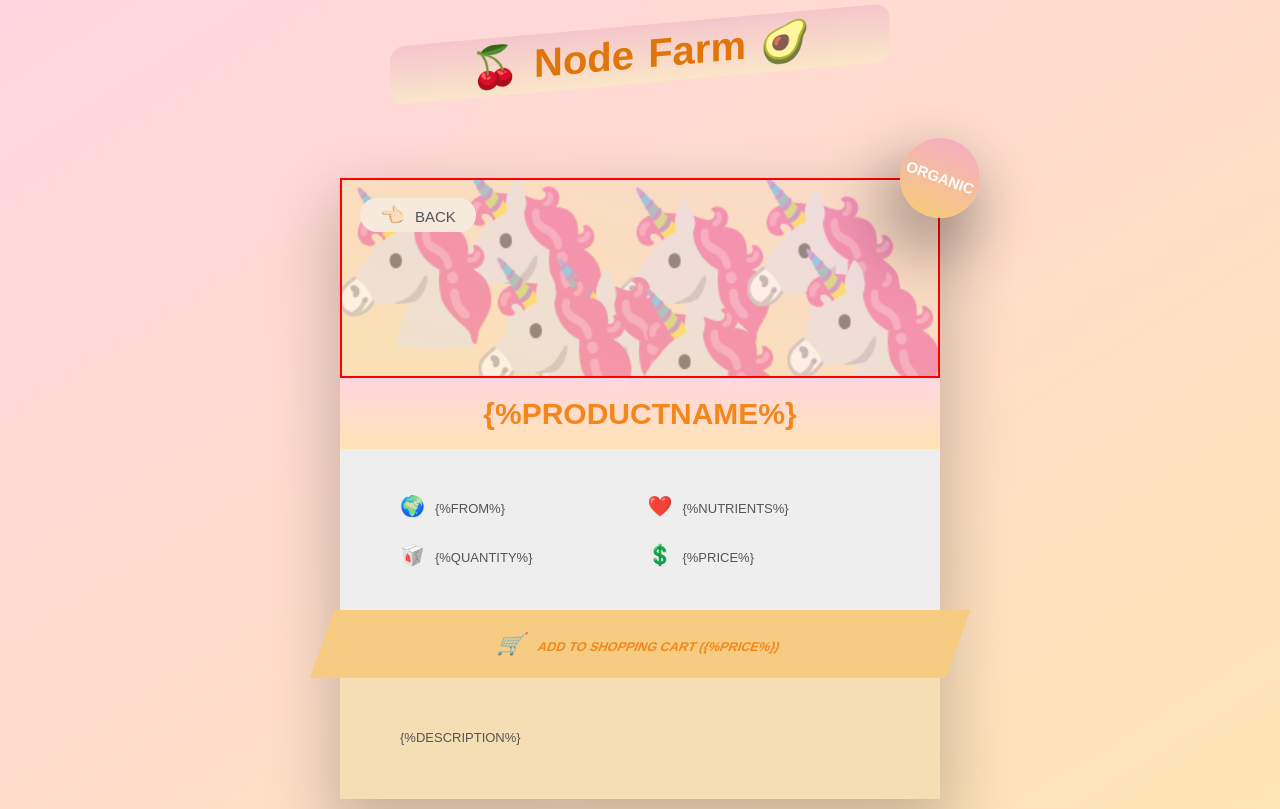
Repository: Kubraaygun/NodeFarm_Backend
Page: templates/product.html
The author's editor kept a copy of each file at every save. The page is drawn from the files as they stood at one save, then again after the next save.
The browser window is 1280 px wide. The pictures show the whole page.

Above is the page before, as saved 2025-09-09 23:17:16.

### templates/product.html
<!DOCTYPE html>
<html lang="en">
  <head>
    <meta charset="UTF-8" />
    <meta name="viewport" content="width=device-width, initial-scale=1.0" />
    <title>{%PRODUCTNAME%} {%IMAGE%} /// NODE FARM</title>
    <style>
      *,
      *::before,
      *::after {
        margin: 0;
        padding: 0;
        box-sizing: inherit;
      }
      html {
        font-size: 10px;
        box-sizing: border-box;
      }
      body {
        padding: 20px 10px 10px;
        line-height: 1.7;
        font-family: sans-serif;
        color: #555;
        background: linear-gradient(to bottom right, #ffd6e0, #ffe4b5);
        min-height: 100vh;
      }

      h1 {
        font-size: 4rem;
        color: rgb(224, 117, 10);
        transform: skewY(-5deg);
        text-align: center;
        position: relative;
        word-spacing: 3px;
      }
      h1::before {
        content: "";
        display: block;
        height: 85%;
        width: 50%;
        max-width: 500px;
        min-width: 350px;
        background: linear-gradient(
          to bottom,
          #f0bdc9,
          /* canlı pembe */ #f8ebc3
        );
        position: absolute;
        z-index: -1;
        left: 50%;
        top: 50%;
        opacity: 0.7;
        transform: translate(-50%, -50%);
        border-radius: 15px;
      }

      .container {
        width: 100%;
        margin: 0 auto;
      }
      .product {
        width: 80%;
        max-width: 60rem;
        margin: 0 auto;
        position: relative;
        background: wheat;
        margin-top: 9rem;
        box-shadow: 0 3rem 6rem 1rem rgba(0, 0, 0, 0.2);
      }
      .product__hero {
        position: relative;
        height: 20rem;
        overflow: hidden;
        border: 2px solid red;
      }
      .product__hero::before {
        content: "";
        display: block;
        height: 100%;
        width: 100%;
        z-index: 100;
        position: absolute;
        top: 0;
        left: 0;
        background: linear-gradient(to left bottom, #ffd6e0, #ffe4b5);
        opacity: 0.5;
      }

      .product__emoji {
        font-size: 15rem;
        position: absolute;
      }
      .product__emoji--1 {
        top: -4rem;
        left: -2rem;
        z-index: 10;
      }
      .product__emoji--2 {
        top: -6rem;
        left: 9rem;
      }
      .product__emoji--3 {
        top: -4rem;
        right: 15rem;
      }
      .product__emoji--4 {
        top: -5rem;
        right: 2rem;
      }
      .product__emoji--5 {
        bottom: -9rem;
        left: 18rem;
      }
      .product__emoji--6 {
        bottom: -9rem;
        left: 18rem;
      }
      .product__emoji--7 {
        bottom: -12rem;
        right: 14rem;
      }
      .product__emoji--8 {
        bottom: -8rem;
        right: -2rem;
      }
      .product__emoji--9 {
        top: 3rem;
        left: 12rem;
      }
      .product__organic {
        position: absolute;
        top: -4rem;
        right: -4rem;
        z-index: 1000;
        background: linear-gradient(to bottom, #f5aec0, #f7ca7c);
        border-radius: 50%;
        height: 8rem;
        width: 8rem;
        display: flex;
        align-items: center;
        justify-content: center;
        text-transform: uppercase;
        transform: rotate(20deg);
        box-shadow: 0 3rem 6rem 1rem rgba(0, 0, 0, 0.3);
      }
      .product__organic h5 {
        color: rgb(255, 255, 255);
        font-size: 1.5rem;
        font-weight: 900;
        text-transform: uppercase;
      }
      .product__back:link,
      .product__back:visited {
        position: absolute;
        background-color: rgb(245, 234, 220);
        z-index: 1000;
        top: 2rem;
        left: 2rem;
        font-size: 1.5rem;
        text-decoration: none;
        text-transform: uppercase;
        padding: 0 2rem;
        border-radius: 30rem;
        transition: all 0.3s;
        color: #555;
      }

      .product__back:hover,
      .product__back:active {
        background-color: rgb(247, 216, 175);
      }

      .product__name {
        background: linear-gradient(to bottom, #ffd6e0, #ffe4b5);
        padding: 1rem;
        font-size: 3rem;
        text-align: center;
        word-spacing: 2px;
        color: rgb(243, 135, 28);
      }
      .product__details {
        background-color: #eee;
        padding: 4rem 6rem;
        font-size: 1.3rem;
        display: grid;
        grid-template-columns: 1fr 1fr;
        grid-gap: 1.5rem;
      }
      .product__description {
        padding: 5rem 6rem;
        font-size: 1.3rem;
        line-height: 1.8;
      }

      .product__link:link,
      .product__link:visited {
        display: block;
        background-color: #f6cc83;
        color: rgb(243, 135, 28);
        font-size: 1.2rem;
        font-weight: 700;
        text-transform: uppercase;
        text-decoration: none;
        text-align: center;
        padding: 1.5rem;
        transform: scale(1.06) skewX(-20deg);
      }

      .emoji-left {
        font-size: 2rem;
        margin-right: 1rem;
      }
      .emoji-right {
        font-size: 2rem;
        margin-right: 1rem;
      }
    </style>
  </head>
  <body>
    <div class="container">
      <h1>🍒 Node Farm 🥑</h1>
      <figure class="product">
        <div class="product__organic {%NOT_ORGANIC%}">
          <h5>Organic</h5>
        </div>
        <a href="/overview" class="product__back">
          <span class="emoji-left">👈🏻</span>Back</a
        >
        <div class="product__hero">
          <span class="product__emoji product__emoji--1">🦄</span>
          <span class="product__emoji product__emoji--2">🦄</span>
          <span class="product__emoji product__emoji--3">🦄</span>
          <span class="product__emoji product__emoji--4">🦄</span>
          <span class="product__emoji product__emoji--5">🦄</span>
          <span class="product__emoji product__emoji--6">🦄</span>
          <span class="product__emoji product__emoji--7">🦄</span>
          <span class="product__emoji product__emoji--8">🦄</span>
          <span class="product__emoji product__emoji--9">🦄</span>
        </div>

        <h2 class="product__name">{%PRODUCTNAME%}</h2>
        <div class="product__details">
          <p><span class="emoji-left">🌍</span>{%FROM%}</p>
          <p><span class="emoji-left">❤️</span>{%NUTRIENTS%}</p>
          <p><span class="emoji-left">🥡</span>{%QUANTITY%}</p>
          <p><span class="emoji-left">💲</span>{%PRICE%}</p>
        </div>

        <a href="" class="product__link">
          <span class="emoji-left">🛒</span>
          <span>Add to shopping cart ({%PRICE%})</span>
        </a>
        <p class="product__description">{%DESCRIPTION%}</p>
      </figure>
    </div>
  </body>
</html>

After the next save:
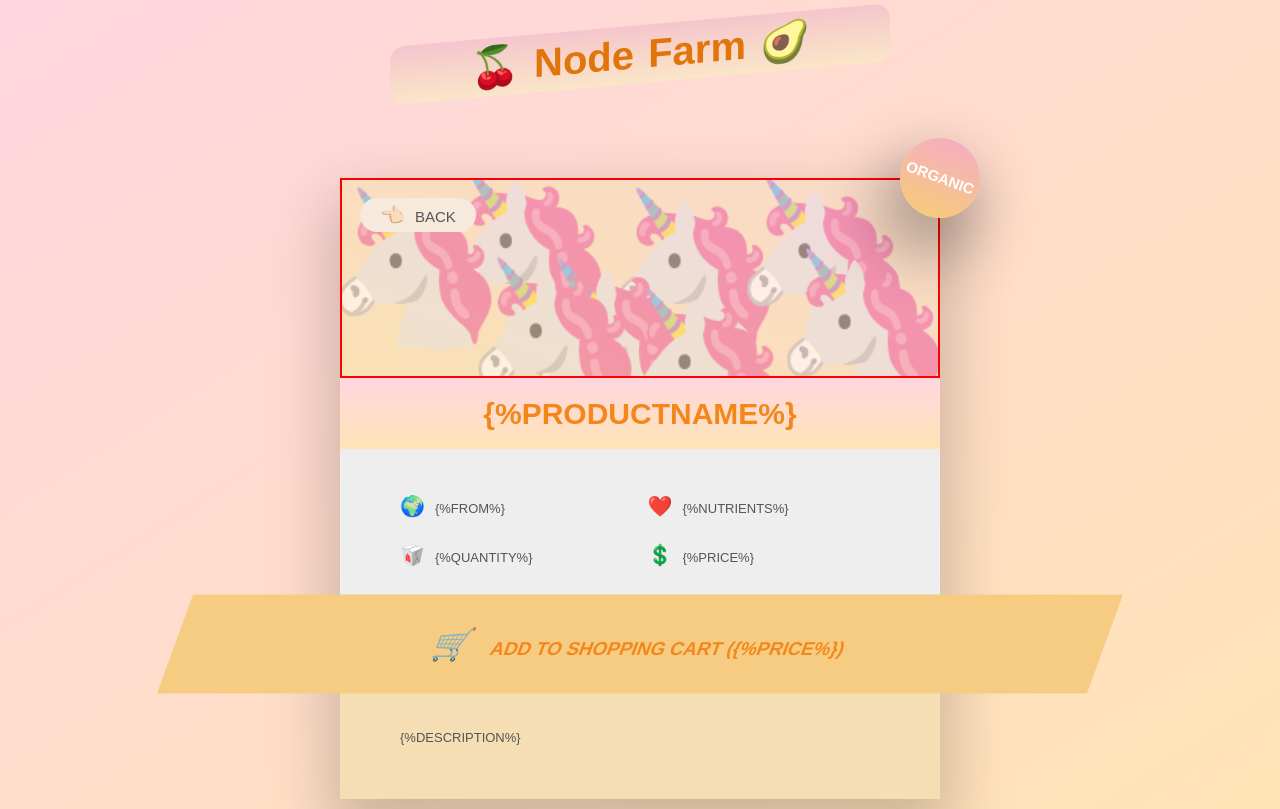
Saved 4 s later.
--- a/templates/product.html
+++ b/templates/product.html
@@ -203,7 +203,7 @@
         text-decoration: none;
         text-align: center;
         padding: 1.5rem;
-        transform: scale(1.06) skewX(-20deg);
+        transform: scale(1.55) skewX(-20deg);
       }
 
       .emoji-left {
